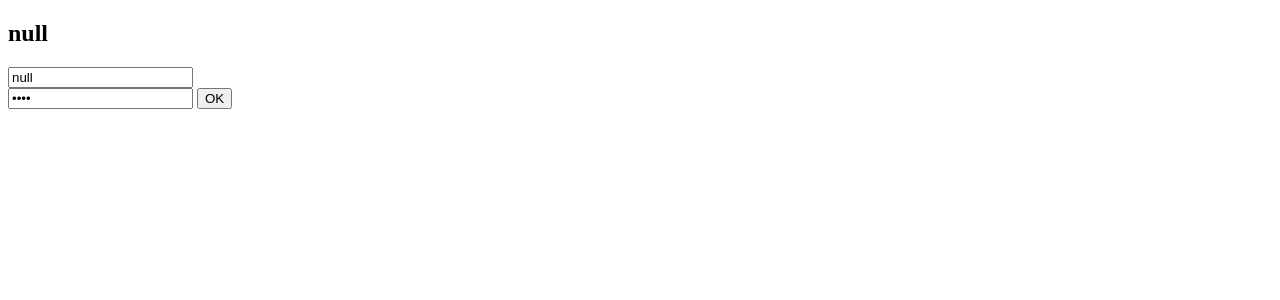
Repository: rkolan/DemoOne
Page: http://localhost/Tutorial-6-Forms/SelfValidatingForm.jsp
These files come from the project's save history. The page is drawn as it stood at one moment and after the next save; the edit follows.
The browser window is 1280 px wide. The pictures show the whole page.
The page is served by Tomcat 9. Other server files are loaded and not shown.

Above is the page before, as saved 2015-12-14 21:11:20.

### Tutorial-6-Forms/WebContent/SelfValidatingForm.jsp
<%@ page language="java" contentType="text/html; charset=ISO-8859-1"
    pageEncoding="ISO-8859-1"%>
<!DOCTYPE html PUBLIC "-//W3C//DTD HTML 4.01 Transitional//EN" "http://www.w3.org/TR/html4/loose.dtd">
<html>
<head>
<meta http-equiv="Content-Type" content="text/html; charset=ISO-8859-1">
<title>Insert title here</title>
</head>
<body>

<jsp:useBean id="user1" class="beans.User" scope="session"></jsp:useBean>
<jsp:setProperty name="user" property="*"/>

<h2>
<jsp:getProperty name="user1" property="user" />
</h2>

<form action="/Tutorial-6-Forms/SelfValidatingForm.jsp" method="post">
<input type="text" name="user" value="<jsp:getProperty name="user1" property="user" />"/> <br/>
<input type="password" name="password" value="<jsp:getProperty name="user1" property="password" />"/>
<input type="submit" value="OK" />
</form>
</body>
</html>

### Tutorial-6-Forms/src/beans/User.java
package beans;

public class User {
	private String user;
	private String password;
	private String message =" Error page";
	public String getMessage() {
		return message;
	}


	public User(){

	}

	public User(String user, String password) {
		super();
		this.user = user;
		this.password = password;
	}

	public String getUser() {
		return user;
	}
	public void setUser(String user) {
		this.user = user;
	}
	public String getPassword() {
		return password;
	}
	public void setPassword(String password) {
		this.password = password;
	}
public boolean validate(){
	if(user==null) {
		message="No email address set";
		return false;
	}

	if(password==null) {
		message="No password entered";
		return false;
	}
	if(!user.matches("\\w+@\\w+\\.\\w+")) {
		message="Invalid email address";
		return false;
	}
	if(password.length()<8) {
		message="password must be 8 characters.";
		return false;
	}
	else if(password.matches("\\w*\\s+\\w*")){
		message="password cannot contain space";
		return false;
	}
	return true;
}

}

After the next save:
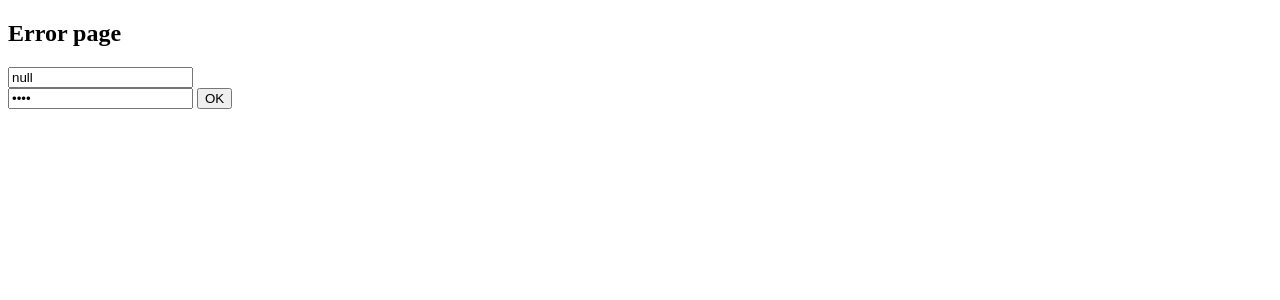
Saved 23 s later.
--- a/Tutorial-6-Forms/WebContent/SelfValidatingForm.jsp
+++ b/Tutorial-6-Forms/WebContent/SelfValidatingForm.jsp
@@ -12,7 +12,7 @@
 <jsp:setProperty name="user" property="*"/>
 
 <h2>
-<jsp:getProperty name="user1" property="user" />
+<jsp:getProperty name="user1" property="message" />
 </h2>
 
 <form action="/Tutorial-6-Forms/SelfValidatingForm.jsp" method="post">
